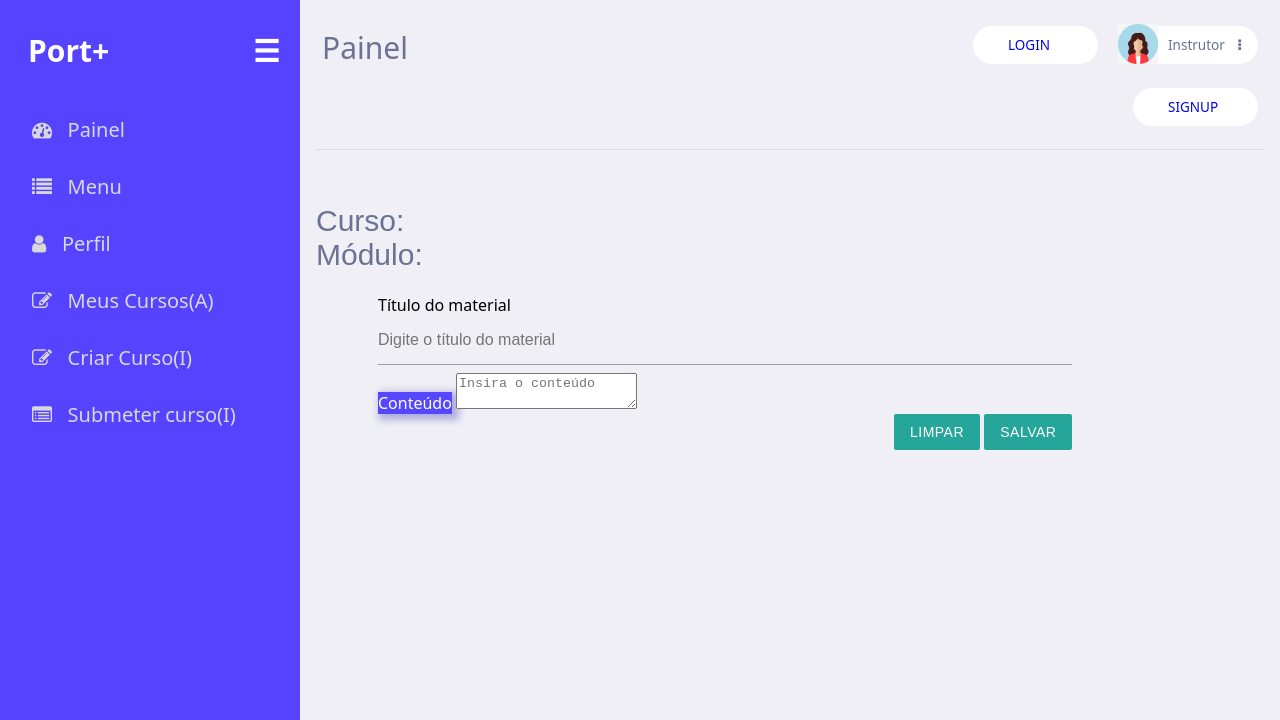
Repository: LauraMViana/Port-plus
Page: http://localhost/portPlus/criarCurso/addConteudo
These files come from the project's save history. The page is drawn as it stood at one moment and after the next save; the edit follows.
The browser window is 1280 px wide. The pictures show the whole page.
The page is this project's Thymeleaf template; nobody is signed in. The template is opened directly, without the code that normally fills it, so the values that code supplies are empty.

Above is the page before, as saved 2021-12-28 14:50:41.

After the next save:
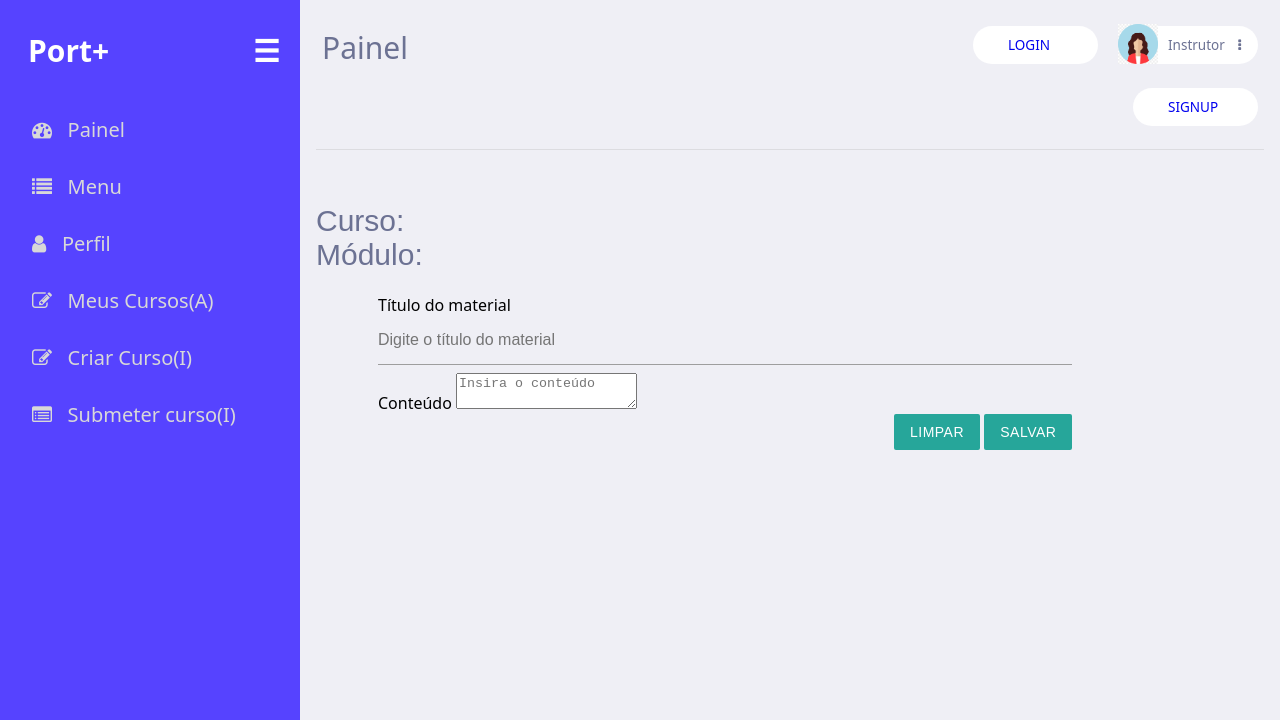
Saved 12 s later.
--- a/port/src/main/resources/templates/portPlus/criarCurso/addConteudo.html
+++ b/port/src/main/resources/templates/portPlus/criarCurso/addConteudo.html
@@ -30,12 +30,12 @@
 					pattern="[a-zA-Z0-9_?!&%$()-]+" class="validate"
 					th:field="${material.tituloMat}">
 				<div>
-					<label for="mc" class="active">Conteúdo</label>
+					<label for="mc">Conteúdo</label>
 					<textarea placeholder="Insira o conteúdo" id="mc" class="validate"
 						th:field="${material.conteudo}"></textarea>
 				</div>
 			</div>
-			<div class="col s10"id="btn">
+			<div class="col s10" id="btn">
 				<button class="btn waves-effect waves-light align-center"
 					type="reset" name="action">Limpar</button>
 				<button class="btn waves-effect waves-light align-center"
